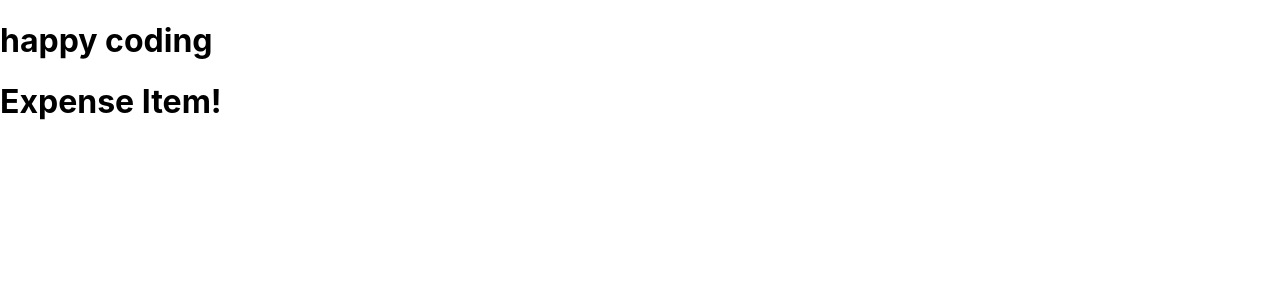
Repository: Samkiroko/expense-tracker-react
Page: /
The author's editor kept a copy of each file at every save. The page is drawn from the files as they stood at one save, then again after the next save.
The browser window is 1280 px wide. The pictures show the whole page.
The project was rebuilt for these pictures with package versions that can differ from the ones it lists, and the page was loaded fresh each time.

Above is the page before, as saved 2021-06-08 10:20:30.

### src/App.js
import ExpenseItem from './components/ExpenseItem'

function App() {
  return (
    <div className='App'>
      <h1>happy coding</h1>
      <ExpenseItem />
    </div>
  )
}

export default App

### src/components/ExpenseItem.js
import React from 'react'

function ExpenseItem() {
  return (
    <div>
      <h1>Expense Item!</h1>
    </div>
  )
}

export default ExpenseItem

Loaded but not shown: public/index.html (common file); src/index.js (common file); src/index.css (common file)

After the next save:
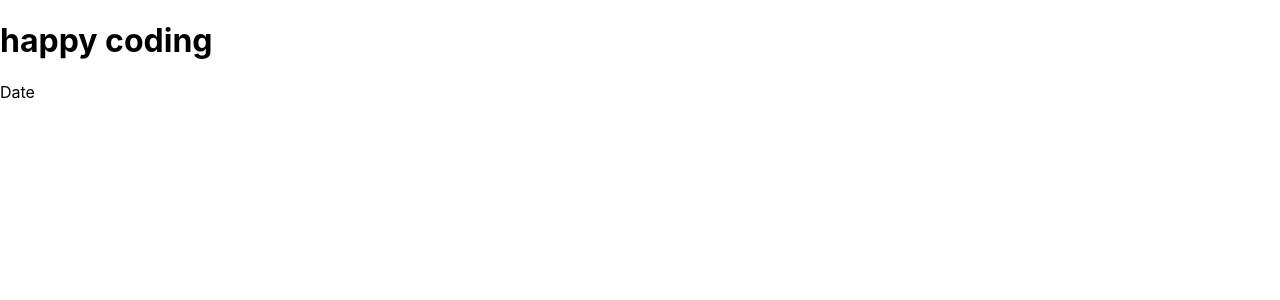
Saved 2 min 47 s later.
--- a/src/components/ExpenseItem.js
+++ b/src/components/ExpenseItem.js
@@ -1,11 +1,7 @@
 import React from 'react'
 
 function ExpenseItem() {
-  return (
-    <div>
-      <h1>Expense Item!</h1>
-    </div>
-  )
+  return <div>Date</div>
 }
 
 export default ExpenseItem
